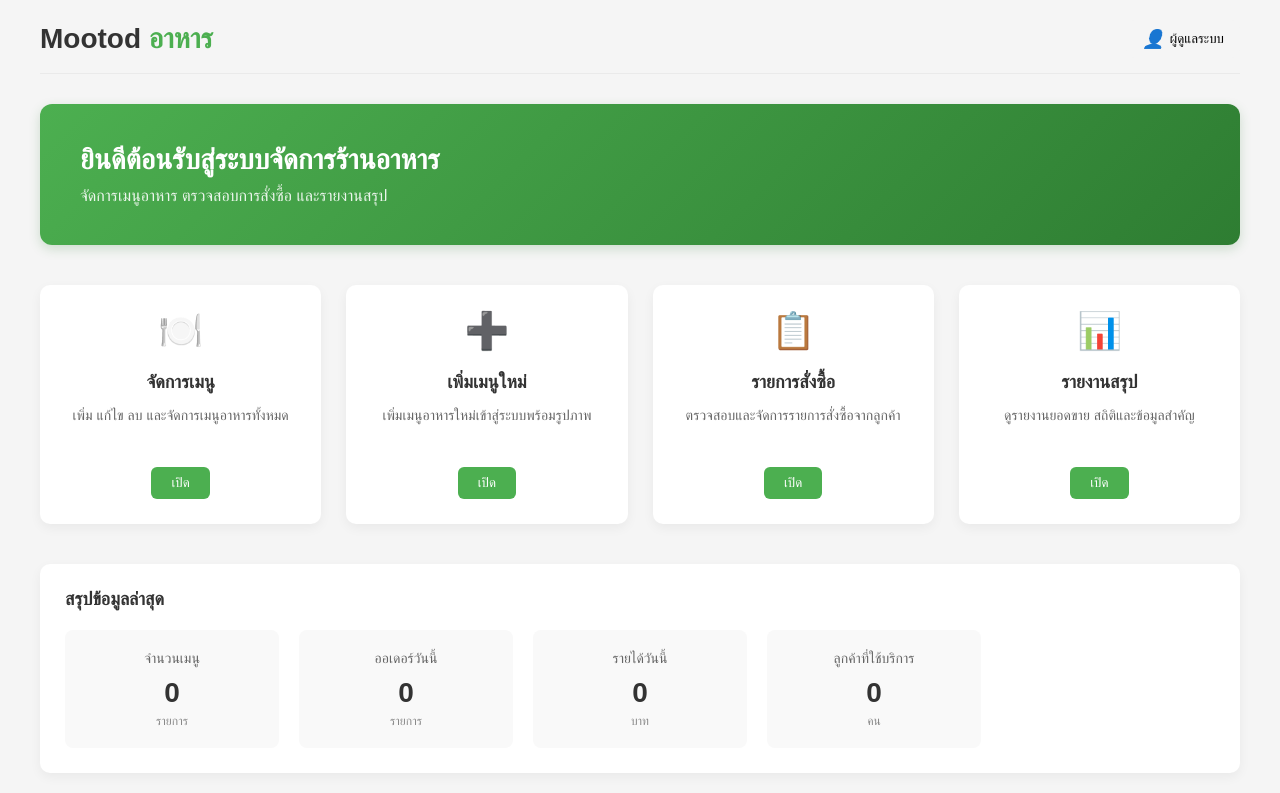
Repository: KwaunchaiJankaikot/mootod
Page: / (app in frontend/)
The author's editor kept a copy of each file at every save. The page is drawn from the files as they stood at one save, then again after the next save.
The browser window is 1280 px wide. The pictures show the whole page.
The page's requests for data from a server got no answer. The project was rebuilt for these pictures with package versions that can differ from the ones it lists, and the page was loaded fresh each time. No one was signed in, and anything a server would have sent is missing. Also part of the build but not shown: frontend/vue.config.js, frontend/src/components/MenuComponent.vue.

Above is the page before, as saved 2025-04-16 19:35:56.

After the next save:
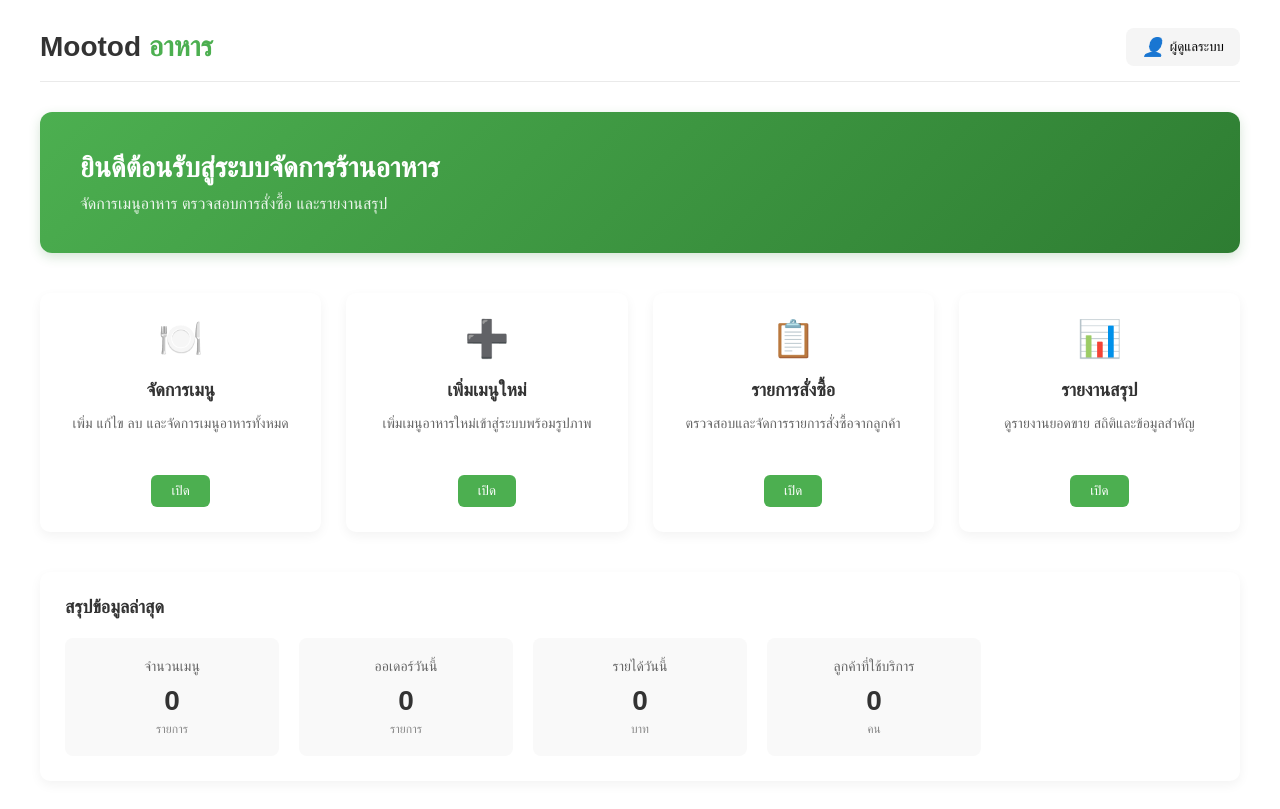
Saved 24 min 2 s later.
--- a/frontend/src/App.vue
+++ b/frontend/src/App.vue
@@ -9,17 +9,3 @@ export default {
   name: 'App',
 };
 </script>
-
-<style>
-body {
-  margin: 0;
-  padding: 0;
-  background-color: #f5f5f5;
-}
-
-#app {
-  font-family: 'Prompt', 'Kanit', Arial, sans-serif;
-  -webkit-font-smoothing: antialiased;
-  -moz-osx-font-smoothing: grayscale;
-}
-</style>

After the save that followed:
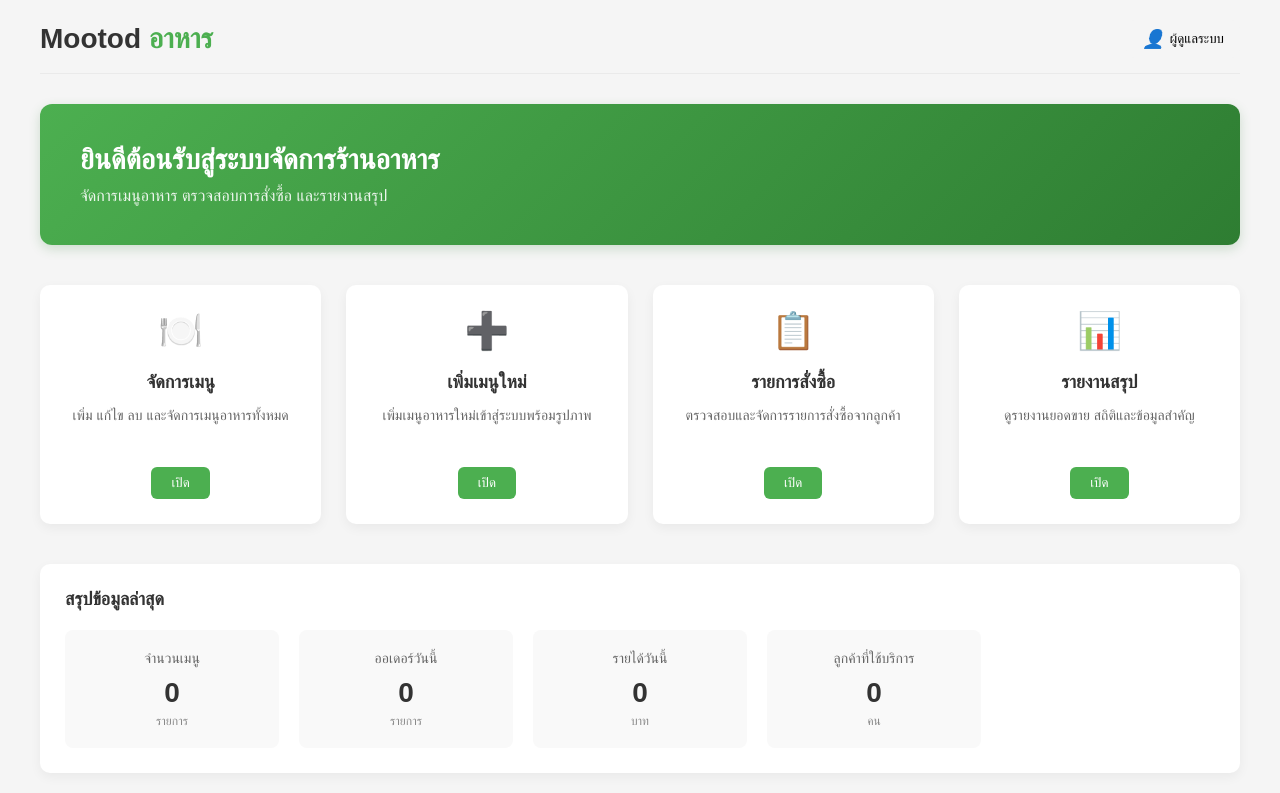
Saved 10 s later.
--- a/frontend/src/App.vue
+++ b/frontend/src/App.vue
@@ -9,3 +9,17 @@ export default {
   name: 'App',
 };
 </script>
+
+<style>
+body {
+  margin: 0;
+  padding: 0;
+  background-color: #f5f5f5;
+}
+
+#app {
+  font-family: 'Prompt', 'Kanit', Arial, sans-serif;
+  -webkit-font-smoothing: antialiased;
+  -moz-osx-font-smoothing: grayscale;
+}
+</style>
